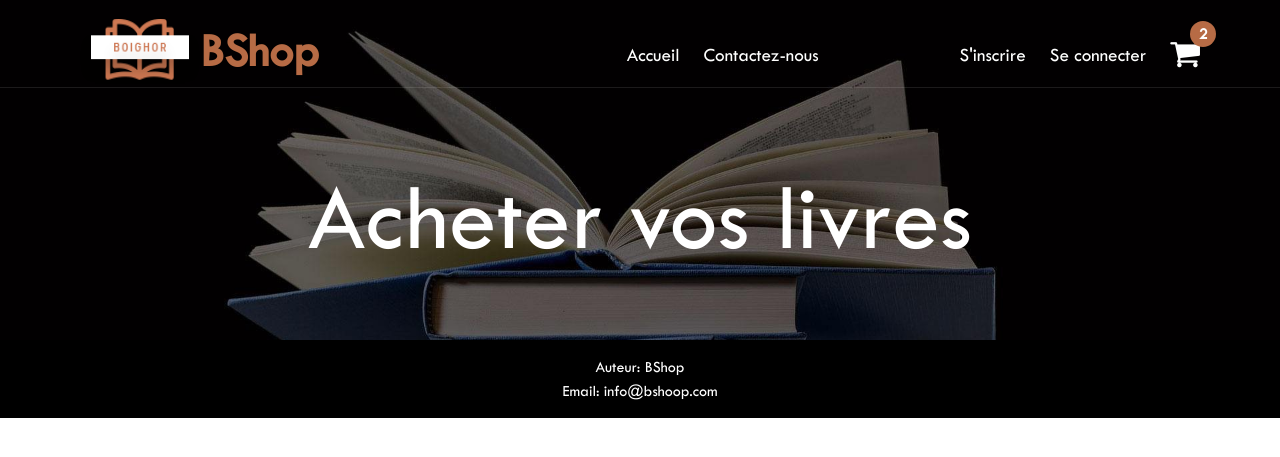
Repository: padevft/e-commerce-php
Page: http://localhost/
An editor plug-in stored every save of this project. The page is shown before and after the next save, followed by the edit.
The browser window is 1280 px wide. The pictures show the whole page.
The page is run by PHP 8.4 with error messages shown; the project is at /var/www/html/.

Above is the page before, as saved 2023-09-17 22:13:26.

After the next save:
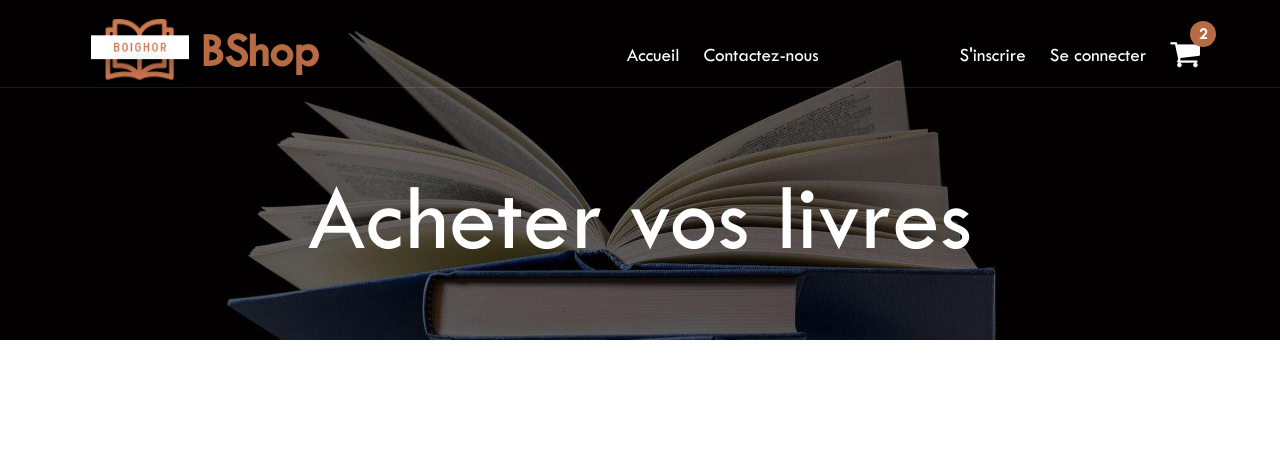
Saved 42 s later.
--- a/index.php
+++ b/index.php
@@ -27,13 +27,7 @@
 
       </div>
     </main>
-    <footer>
-      <div class="container-footer">
-        <span>Auteur: BShop</span>
-        <span>Email: info@bshoop.com</span>
-      </div>
 
-    </footer>
 
 
 

After the 2 saves that followed:
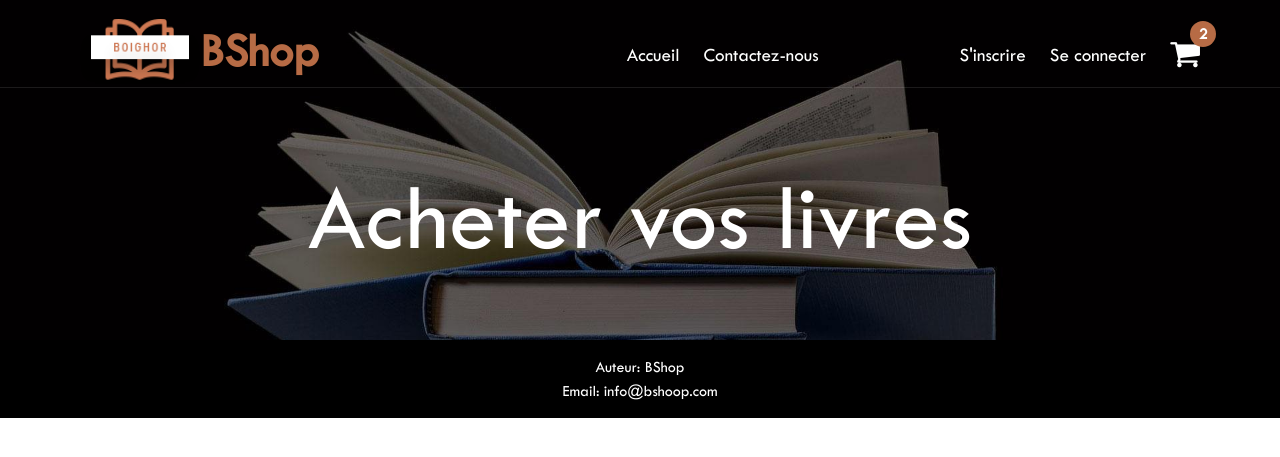
The 2 saves are shown as one change because 1 left the picture as it was.
The last was saved 23 s later.
--- a/index.php
+++ b/index.php
@@ -27,7 +27,9 @@
 
       </div>
     </main>
-
+    <?php
+    require_once('server/includes/footer.inc.php');
+    ?>
 
 
 
--- a/server/includes/footer.inc.php
+++ b/server/includes/footer.inc.php
@@ -1,39 +1,7 @@
-<header>
-    <nav class="container-nav">
-        <div class="row align-items-center">
-            <div class="col-12 col-sm-4">
-                <div class="d-flex flex-row align-items-center">
-                    <a class="container-logo" href="./index.html">
-                        <img src="client/images/logo.png" />
-                    </a>
-                    <span class="text-logo">BShop</span>
-                </div>
-            </div>
-            <div class="col-md-4">
-                <div class="container-menu mt-2">
-                    <ul class="d-flex flex-row align-items-center justify-content-end gap-4 menu">
-                        <li><a href="./index.html" class="menu-item">Accueil</a></li>
-                        <li><a href="./index.html" class="menu-item">Contactez-nous</a></li>
-                    </ul>
-                </div>
-            </div>
-            <div class="col-6 col-md-4">
-                <div class="d-flex align-items-center gap-4 justify-content-end mt-2">
-                    <div class="container-menu">
-                        <ul class="d-flex align-items-center gap-4 menu">
-                            <li> <a href="./index.html" class="menu-item">S'inscrire</a></li>
-                            <li> <a href="./index.html" class="menu-item">Se connecter</a></li>
-                        </ul>
+<footer>
+    <div class="container-footer">
+        <span>Auteur: BShop</span>
+        <span>Email: info@bshoop.com</span>
+    </div>
 
-                    </div>
-                    <div class="position-relative container-shopping-cart">
-                        <span><i class="fa fa-shopping-cart shopping-cart"></i></span>
-                        <span class="position-absolute number-product">2</span>
-                    </div>
-                </div>
-
-            </div>
-
-        </div>
-    </nav>
-</header>
+</footer>
